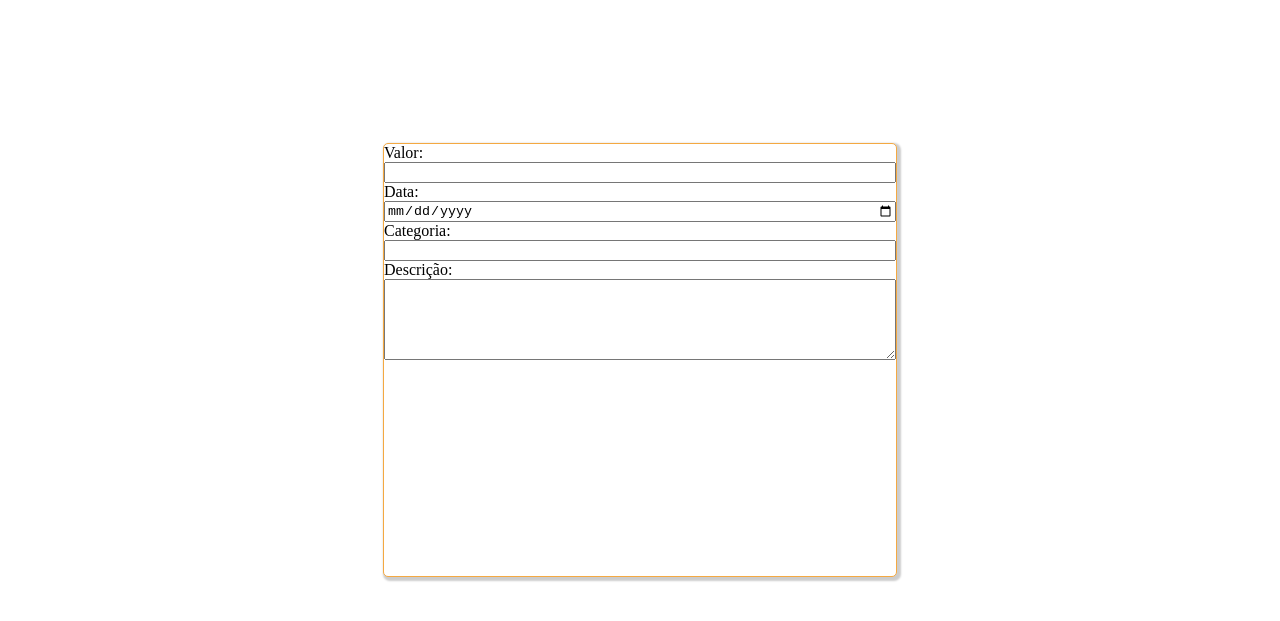
Repository: alexsanderkafka/java-servlets
Page: http://localhost/SaveMoney/cadastrarDespesa.jsp
An editor plug-in stored every save of this project. The page is shown before and after the next save, followed by the edit.
The browser window is 1280 px wide. The pictures show the whole page.
The page is served by Tomcat 9. Nobody is signed in. The application's start-up code is not run.

Above is the page before, as saved 2024-10-03 12:36:50.

After the next save:
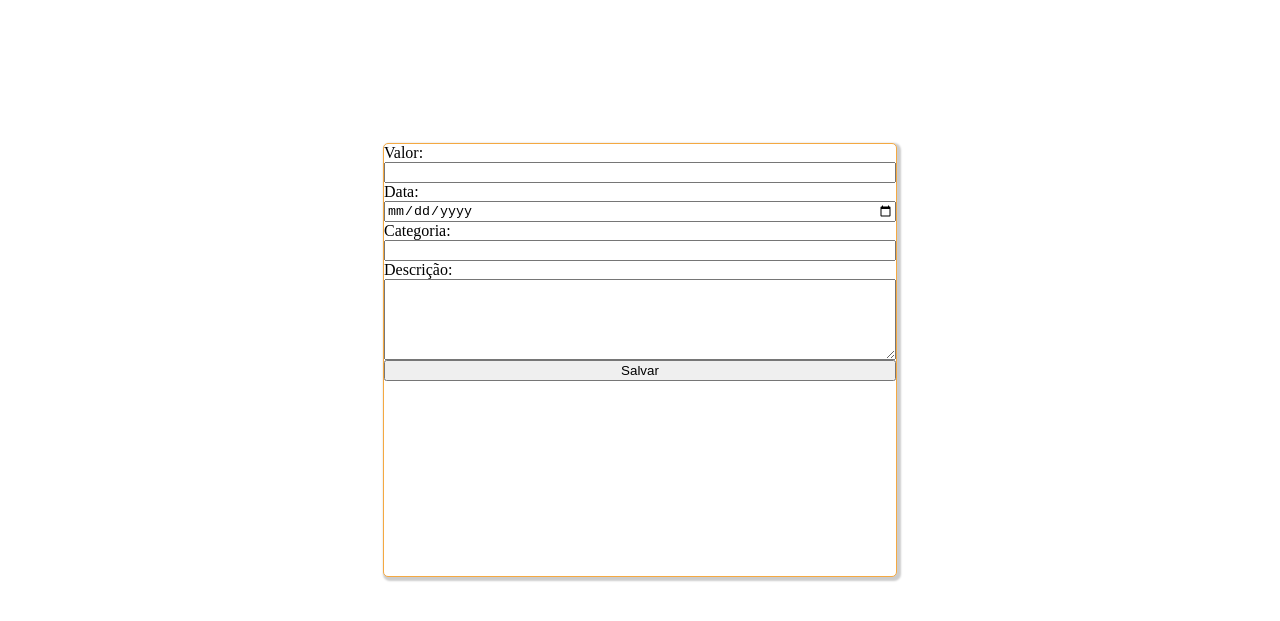
Saved 112 s later.
--- a/SaveMoney/src/main/webapp/cadastrarDespesa.jsp
+++ b/SaveMoney/src/main/webapp/cadastrarDespesa.jsp
@@ -19,6 +19,7 @@
         	<input type="text">
         	<label>Descrição: </label>
         	<textarea rows="5" cols="2"></textarea>
+        	<button class="button-page">Salvar</button>
         </div>
     </div>
 
